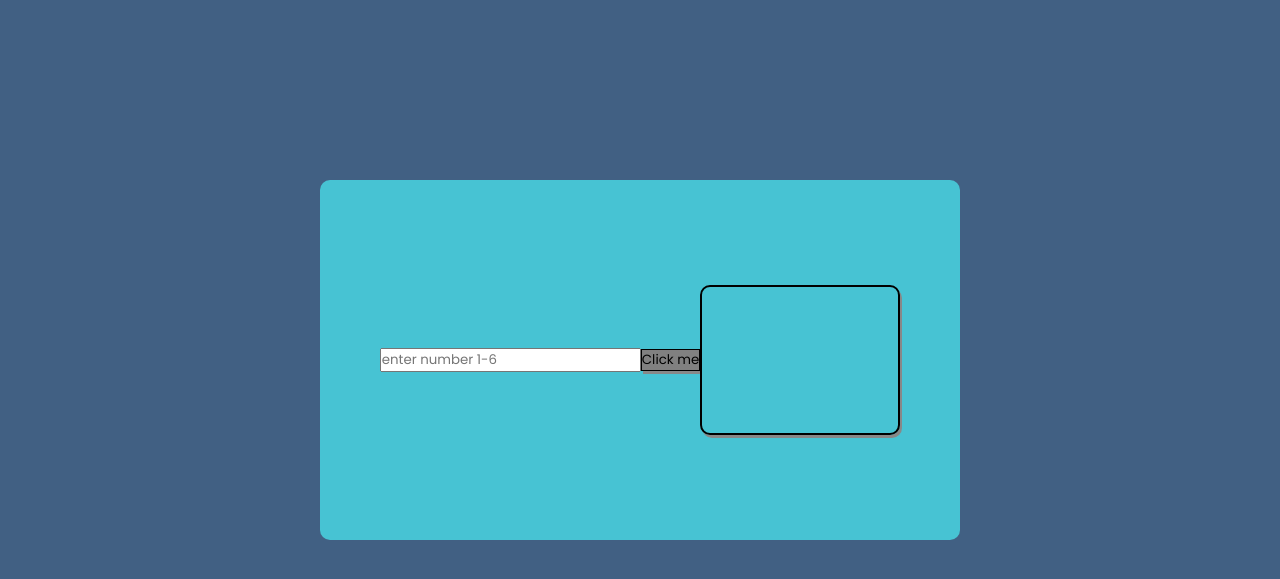
Repository: Seryozha02/Guessing-Game
Page: promise.html
The author's editor kept a copy of each file at every save. The page is drawn from the files as they stood at one save, then again after the next save.
The browser window is 1280 px wide. The pictures show the whole page.

Above is the page before, as saved 2022-02-23 14:14:31.

### promise.html
<!DOCTYPE html>
<html lang="en">
<head>
    <meta charset="UTF-8">
    <meta http-equiv="X-UA-Compatible" content="IE=edge">
    <meta name="viewport" content="width=device-width, initial-scale=1.0">
    <link rel="stylesheet" href="./promise.css">
    <title>Guessing Game</title>
</head>
<body>
    <div class="body">
        <div class="conteiner">

            <div class="main">
                <input type="number" id="value" placeholder="enter number 1-6">
                <button class="btn" id="button">Click me</button>
                <div class="table" id="show-text">
                    <p class="p1"></p>
                    <p class="p2"></p>
                </div>
                <p class="sum"></p>
            </div>
        </div>
    </div>
  <script src="./promise.js"></script>
</body>
</html>

### promise.css
@import url('https://fonts.googleapis.com/css2?family=Poppins:wght@200;300;400;500;600;700&display=swap');
* {
    margin: 0;
    padding: 0;
    box-sizing: border-box;
    font-family: 'Poppins', sans-serif;
}

.body {
    background-color: rgb(65, 96, 131);
    position: absolute;
    width: 100%;
    height: 100%;
    display: flex;
    align-items: center;
    justify-content: center;
}

.conteiner {
    background-color: rgb(71, 195, 211);
    position: relative;
    width: 50%;
    height: 50%;
    display: flex;
    align-items: center;
    justify-content: center;
    border-radius: 10px;
}

.main {
    display: contents;
    flex-direction: row;
}

.table {
    border: 2px solid black;
    width: 200px;
    height: 150px;
    box-shadow: 2px 3px #888888;
    border-radius: 10px;
}

.btn {
    background-color: grey;
    border: 1px solid;
    box-shadow: 2px 3px #888888;
}

### promise.js
const value = document.getElementById("value");
const button = document.getElementById("button");
const p1Text = document.querySelector(".p1");
let p2Text = document.querySelector(".p2");
const sum = document.querySelector(".sum");
let showText = document.getElementById("show-text");
let totalCount = 0;

function randomNum(max) {
    return Math.floor(Math.random() * max) + 1;
}
function guess(random, inputValue) {
    return new Promise(function(resolve, reject) {
        let count = 0;
        if (inputValue === random) {
            count = 2;
            resolve(count);
        } else if (Math.abs(inputValue - random) === 1) {
            count = 1;
            resolve(count);
        } else {
            count = 0;
            reject(count);
        }
    })
};
button.addEventListener("click", function() {
    let random = randomNum(6);
    if (Number(value.value) > 6 || Number(value.value) < 1) {
        showText.innerText = "";
        alert("please choose number from 1 to 6")
    } else {
        inputValue = Number(value.value);
        p1Text.innerText = "random number: " + random;
    }
    guess(random, inputValue).then(function(result) {
        totalCount += result;
        p2Text.innerText = `count number: ${result}`;
        sum.innerText = `total: ${totalCount}`;
    }).catch(function(param) {
        if (param !== 0) {
            totalCount += param;
        } else {
            totalCount = 0;
        }
        p2Text.innerText = `count number: ${param}`;
        sum.innerText = `total: ${totalCount}`;
    })

})

After the next save:
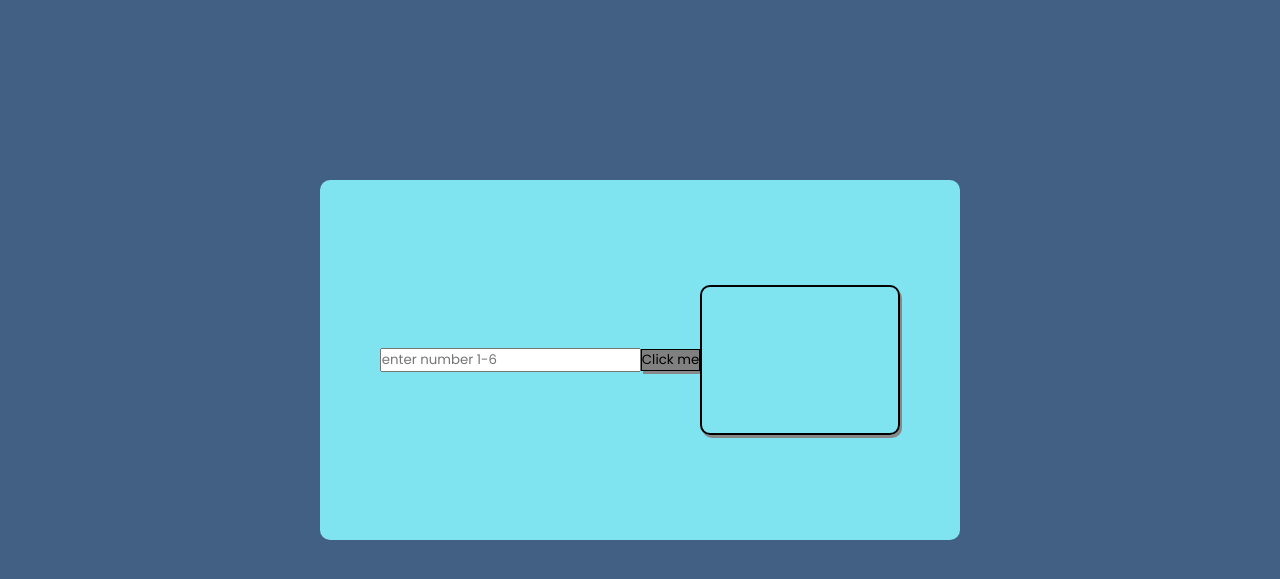
Saved 4 s later.
--- a/promise.css
+++ b/promise.css
@@ -17,7 +17,7 @@
 }
 
 .conteiner {
-    background-color: rgb(71, 195, 211);
+    background-color: rgb(128, 227, 240);
     position: relative;
     width: 50%;
     height: 50%;
